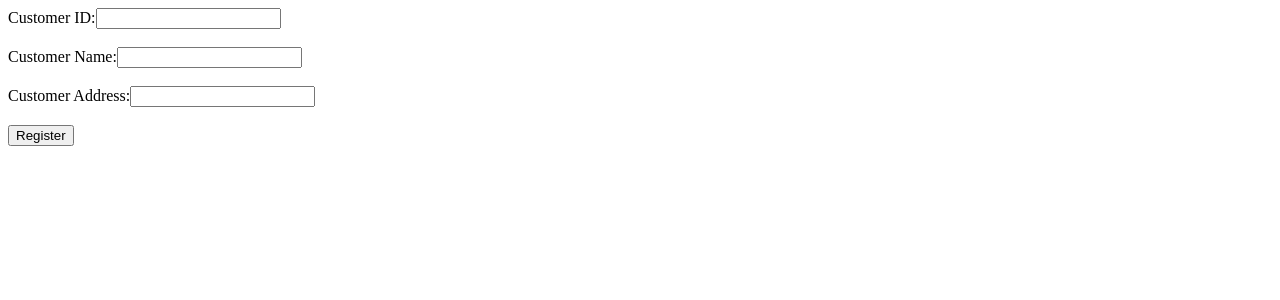
Repository: Yogashree-v-h-27/Ticket_Booking_webApp
Page: Ticket_Booking/WebContent/register.html
The author's editor kept a copy of each file at every save. The page is drawn from the files as they stood at one save, then again after the next save.
The browser window is 1280 px wide. The pictures show the whole page.

Above is the page before, as saved 2021-06-15 07:37:08.

After the next save:
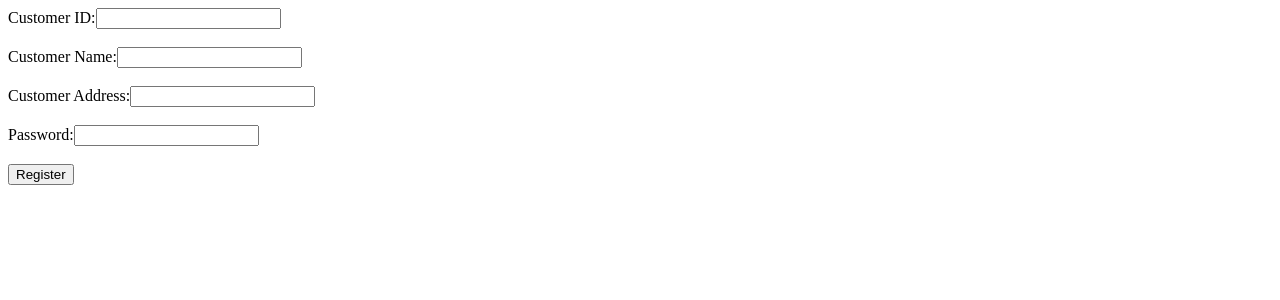
Saved 54 s later.
--- a/Ticket_Booking/WebContent/register.html
+++ b/Ticket_Booking/WebContent/register.html
@@ -9,6 +9,7 @@
 Customer ID:<input type="text" name="CustomerID"/><br/><br/>
 Customer Name:<input type="text" name="CustomerName"/><br/><br/>
 Customer Address:<input type="text" name="CustomerAddress"/><br/><br/>
+Password:<input type="text" name="passoword"/><br/><br/>
 <input type="submit" value="Register">
 </form>
 </body>
